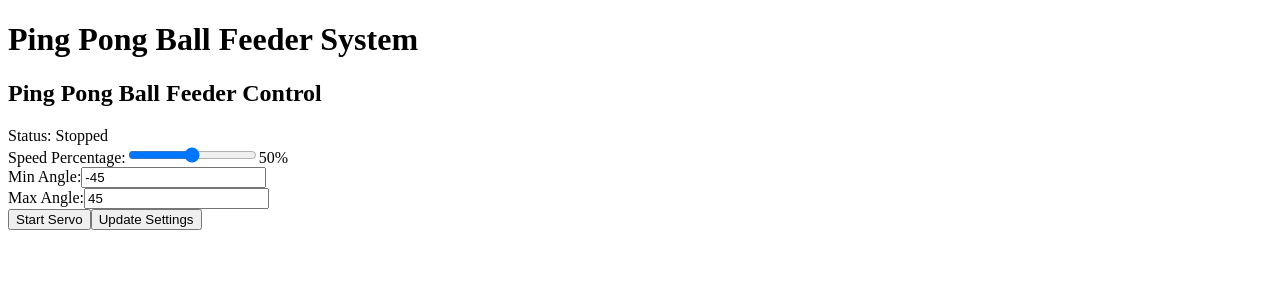
Repository: agurkmedia/pingpong
Page: / (app in frontend/)
These files come from the project's save history. The page is drawn as it stood at one moment and after the next save; the edit follows.
The browser window is 1280 px wide. The pictures show the whole page.
The page's requests for data from a server got no answer. The project was rebuilt for these pictures with package versions that can differ from the ones it lists, and the page was loaded fresh each time. The framework's server and built-in components were replaced by stand-ins that run in the browser. No one was signed in, and anything a server would have sent is missing. Also part of the build but not shown: frontend/next.config.js.

Above is the page before, as saved 2024-09-19 08:47:37.

After the next save:
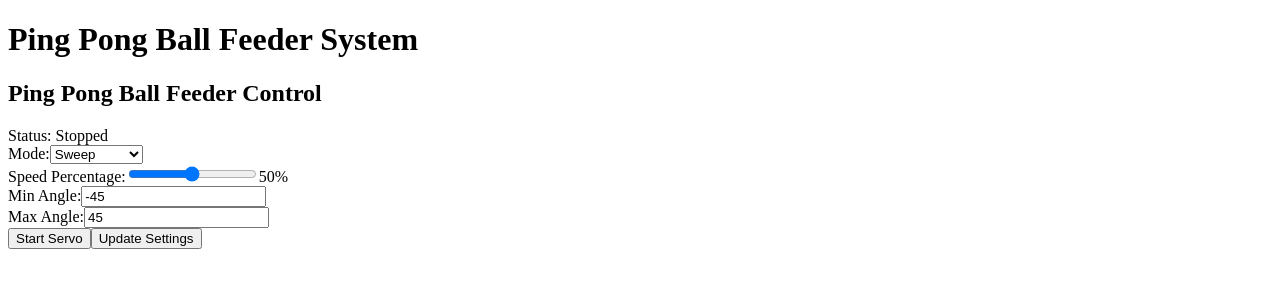
Saved 2 min 49 s later.
--- a/frontend/components/PingPongFeeder.tsx
+++ b/frontend/components/PingPongFeeder.tsx
@@ -7,7 +7,9 @@ export default function PingPongFeeder() {
   const [speedPercentage, setSpeedPercentage] = useState(50);
   const [minAngle, setMinAngle] = useState(-45);
   const [maxAngle, setMaxAngle] = useState(45);
+  const [fixedAngle, setFixedAngle] = useState<number | null>(null);
   const [isRunning, setIsRunning] = useState(false);
+  const [mode, setMode] = useState<'sweep' | 'fixed'>('sweep');
 
   useEffect(() => {
     fetchStatus();
@@ -21,7 +23,9 @@ export default function PingPongFeeder() {
       setSpeedPercentage(data.speed_percentage);
       setMinAngle(data.min_angle);
       setMaxAngle(data.max_angle);
+      setFixedAngle(data.fixed_angle);
       setIsRunning(data.start);
+      setMode(data.fixed_angle !== null ? 'fixed' : 'sweep');
     } catch (error) {
       console.error('Error fetching servo status:', error);
     }
@@ -39,6 +43,7 @@ export default function PingPongFeeder() {
           speed_percentage: speedPercentage,
           min_angle: minAngle,
           max_angle: maxAngle,
+          fixed_angle: mode === 'fixed' ? fixedAngle : null,
         }),
       });
       const data = await res.json();
@@ -61,35 +66,60 @@ export default function PingPongFeeder() {
         <span className="font-bold">Status:</span> {status}
       </div>
       <div className="mb-4">
-        <label className="block mb-2">Speed Percentage:</label>
-        <input
-          type="range"
-          min="0"
-          max="100"
-          value={speedPercentage}
-          onChange={(e) => setSpeedPercentage(Number(e.target.value))}
-          className="w-full"
-        />
-        <span>{speedPercentage}%</span>
+        <label className="block mb-2">Mode:</label>
+        <select
+          value={mode}
+          onChange={(e) => setMode(e.target.value as 'sweep' | 'fixed')}
+          className="w-full p-2 border rounded"
+        >
+          <option value="sweep">Sweep</option>
+          <option value="fixed">Fixed Angle</option>
+        </select>
       </div>
-      <div className="mb-4">
-        <label className="block mb-2">Min Angle:</label>
-        <input
-          type="number"
-          value={minAngle}
-          onChange={(e) => setMinAngle(Number(e.target.value))}
-          className="w-full p-2 border rounded"
-        />
-      </div>
-      <div className="mb-4">
-        <label className="block mb-2">Max Angle:</label>
-        <input
-          type="number"
-          value={maxAngle}
-          onChange={(e) => setMaxAngle(Number(e.target.value))}
-          className="w-full p-2 border rounded"
-        />
-      </div>
+      {mode === 'sweep' ? (
+        <>
+          <div className="mb-4">
+            <label className="block mb-2">Speed Percentage:</label>
+            <input
+              type="range"
+              min="0"
+              max="100"
+              value={speedPercentage}
+              onChange={(e) => setSpeedPercentage(Number(e.target.value))}
+              className="w-full"
+            />
+            <span>{speedPercentage}%</span>
+          </div>
+          <div className="mb-4">
+            <label className="block mb-2">Min Angle:</label>
+            <input
+              type="number"
+              value={minAngle}
+              onChange={(e) => setMinAngle(Number(e.target.value))}
+              className="w-full p-2 border rounded"
+            />
+          </div>
+          <div className="mb-4">
+            <label className="block mb-2">Max Angle:</label>
+            <input
+              type="number"
+              value={maxAngle}
+              onChange={(e) => setMaxAngle(Number(e.target.value))}
+              className="w-full p-2 border rounded"
+            />
+          </div>
+        </>
+      ) : (
+        <div className="mb-4">
+          <label className="block mb-2">Fixed Angle:</label>
+          <input
+            type="number"
+            value={fixedAngle ?? ''}
+            onChange={(e) => setFixedAngle(Number(e.target.value))}
+            className="w-full p-2 border rounded"
+          />
+        </div>
+      )}
       <button
         onClick={toggleServo}
         className={`${
